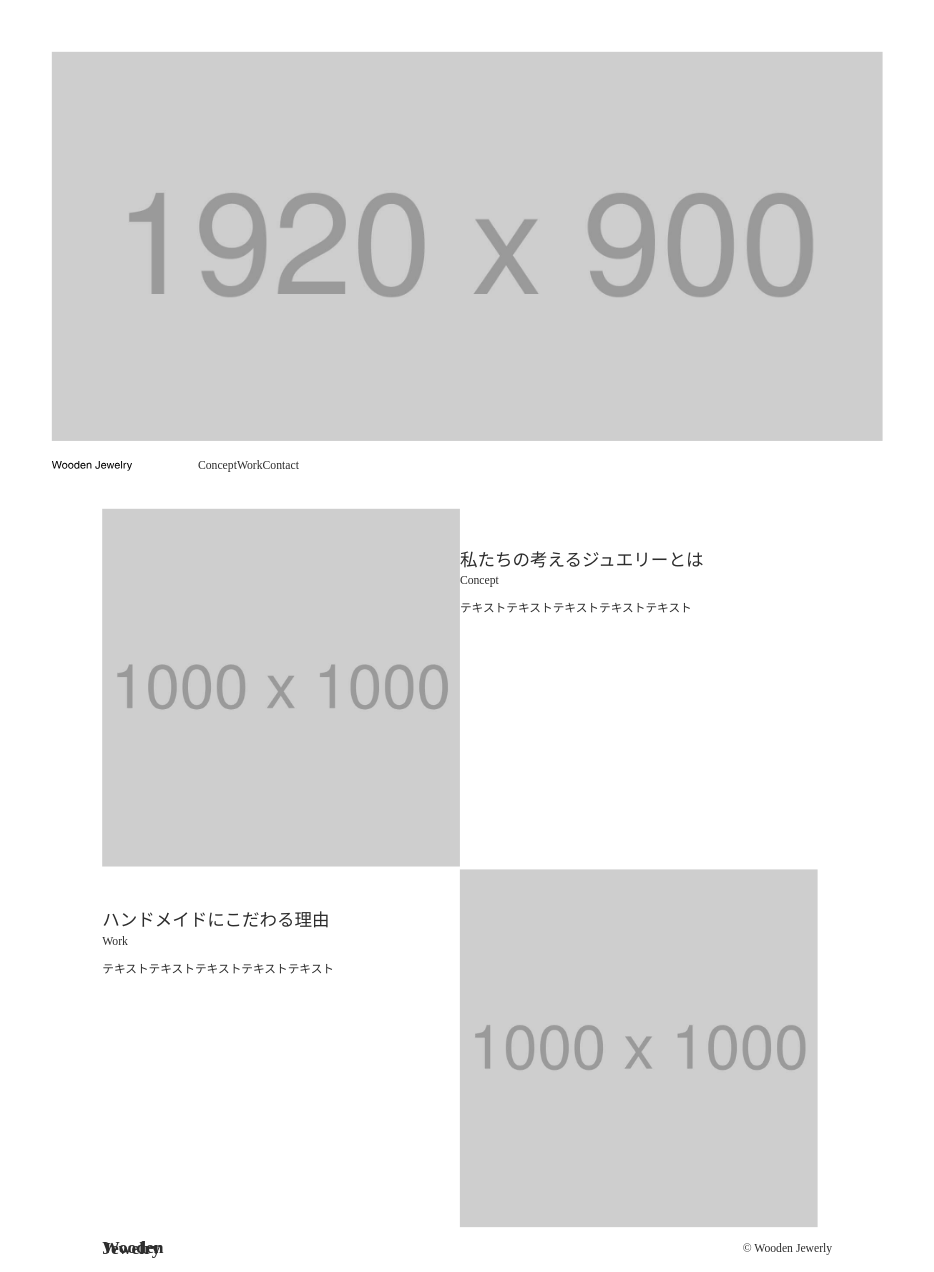
Repository: Fuki-san/jewelry
Page: http://localhost/jewelry
These files come from the project's save history. The page is drawn as it stood at one moment and after the next save; the edit follows.
The browser window is 1280 px wide. The pictures show the whole page, at 73% of full size.
The page is served by the project's Laravel application, run on PHP 8.4 with Laravel 10. Other server files are loaded and not shown.

Above is the page before, as saved 2023-11-26 14:52:55.

### routes/web.php
<?php

use Illuminate\Support\Facades\Route;

/*
|--------------------------------------------------------------------------
| Web Routes
|--------------------------------------------------------------------------
|
| Here is where you can register web routes for your application. These
| routes are loaded by the RouteServiceProvider and all of them will
| be assigned to the "web" middleware group. Make something great!
|
*/

Route::get('/', function () {
    return view('welcome');
});

Route::get('jewelry', function () {
    return view('jewelry');
});

### resources/views/jewelry.blade.php
@extends('layouts.main')

@section('title', 'jewelry')

@section('content')
    <div id="mainvisual">
        <img src="img/mainvisual.jpg">
    </div>
    <header id="header">
        <h1 class="site-title"><a href="#"><img src="img/logo.svg"></a></h1>
        <nav>
            <ul>
                <li><a href="#concept">Concept</a></li>
                <li><a href="#work">Work</a></li>
                <li><a href="mailto:xxx@xxx.xxx?subject=お問い合わせ">Contact</a></li>
            </ul>
        </nav>
    </header>

    <div class="container">
        <main>
            <section id="concept" class="content">
                <div class="img">
                    <img src="img/concept.jpg">
                </div>
                <div class="text">
                    <h2 class="section-title">私たちの考えるジュエリーとは</h2>
                    <span class="section-title-en">Concept</span>
                    <p>テキストテキストテキストテキストテキスト</p>
                </div>
            </section>

            <section id="work" class="content">
                <div class="text">
                    <h2 class="section-title">ハンドメイドにこだわる理由</h2>
                    <span class="section-title-en">Work</span>
                    <p>テキストテキストテキストテキストテキスト</p>
                </div>
                <div class="img">
                    <img src="img/work.jpg">
                </div>
            </section>
        </main>

        <footer id="footer">
            <h2 class="site-title">Wooden Jewelry</h2>
            <p class="copyright">&copy; Wooden Jewerly</p>
        </footer>
    </div>

@endsection

### resources/views/layouts/main.blade.php
<!DOCTYPE html>
<html lang="ja">
<head>
    <meta charset="UTF-8">
    <meta name="viewport" content="width=device-width, initial-scale=1.0">
    <meta http-equiv="X-UA-Compatible" content="ie=edge">
    <link rel="stylesheet" href="{{ asset('css/reset.css') }}">
    <link rel="stylesheet" href="{{ asset('css/style.css') }}">
    <link rel="icon" href="img/favicon.ico">
    <title>@yield('title')</title>
</head>
<body>
    @yield('content')
</body>
</html>

### public/css/style.css
@charset "utf-8";

html{
    font-size: 100%;
}
body{
    font-family: 'Crimson Text', serif;
    color: #2d2d2d;
}
ul{
    list-style: none;
}
a{
    text-decoration: none;
    color:#2d2d2d;
}

img{
    max-width: 100%;
    /* img親のdivのコンテンツラインと子のimgコンテンツラインの下端だけ少し隙間がある。
    その理由は、画像の横にテキストが入力された場合にデフォルトで定まっているvertical-align baseline
    が適応され、英文字のbaseline的に多少の文字の一部が下に出てしまうからであり、今回は文字もかかず、
    子imgと親divの下端の隙間はいらないため、vertical-align bottomで隙間を除去する。
    baselineとbottomの差は微小なので分かりずらいが、例えばgのbaselineはgフォントの下のクルンって
    なっているところの途中で baselineがくるが、bottomならほんとに一番下のクルンのところでくる
    隙間があるかどうかは親divのbackgroundcolorを設定すると分かりやすい */
    vertical-align: buttom;
}

.container{
    margin: 0 auto;
    max-width: 1000px;
    padding: 0 18px;
}

.site-title{
    width: 110px;
    line-height: 1px;
    margin-right: 50px;
}
.site-title a{
    display: block;
}
.section-title{
    font-size: 1.5rem;
    font-weight: normal;
    margin-bottom: 4px;
}

.section-title-en{
    display: inline-block;
    スパンタグでも
    margin-bottom: 25px;
}










.content{
    display: flex;
}
.img{
    width: 49%;
}
.text{
    width: 49%;
}

#mainvisual{
    padding: 5% 5% 0 5%;
}

#header{
    display: flex;
    align-items: center;
    padding: 0 5%;
}
#header ul{
    display: flex;
}

.container{
    padding-top: 30px;
}
.text{
    padding: 30px 0;
}


#footer {
    display: flex;
    justify-content: space-between;
    align-items: center;
}

### public/img/logo.svg
<?xml version="1.0" encoding="utf-8"?>
<!-- Generator: Adobe Illustrator 15.1.0, SVG Export Plug-In . SVG Version: 6.00 Build 0)  -->
<!DOCTYPE svg PUBLIC "-//W3C//DTD SVG 1.1//EN" "http://www.w3.org/Graphics/SVG/1.1/DTD/svg11.dtd">
<svg version="1.1" id="レイヤー_1" xmlns="http://www.w3.org/2000/svg" xmlns:xlink="http://www.w3.org/1999/xlink" x="0px"
	 y="0px" width="1000px" height="140px" viewBox="0 0 1000 140" enable-background="new 0 0 1000 140" xml:space="preserve">
<g>
	<path d="M39.405,111.195H25.498L0,13.294h14.317l18.271,79.63h0.273l21.952-79.63h14.454l21.953,79.63h0.273l18.271-79.63h14.59
		l-25.771,97.901H84.674l-22.362-81.13H62.04L39.405,111.195z"/>
	<path d="M160.348,37.837c22.771,0,33.133,19.226,33.133,37.634c0,18.407-10.362,37.633-33.133,37.633
		c-22.771,0-33.134-19.226-33.134-37.633C127.214,57.063,137.577,37.837,160.348,37.837z M160.348,102.741
		c17.18,0,20.726-17.726,20.726-27.27c0-9.545-3.545-27.271-20.726-27.271c-17.181,0-20.725,17.726-20.725,27.271
		C139.623,85.015,143.167,102.741,160.348,102.741z"/>
	<path d="M236.16,37.837c22.771,0,33.133,19.226,33.133,37.634c0,18.407-10.362,37.633-33.133,37.633
		c-22.771,0-33.134-19.226-33.134-37.633C203.026,57.063,213.389,37.837,236.16,37.837z M236.16,102.741
		c17.18,0,20.726-17.726,20.726-27.27c0-9.545-3.545-27.271-20.726-27.271c-17.181,0-20.725,17.726-20.725,27.271
		C215.435,85.015,218.979,102.741,236.16,102.741z"/>
	<path d="M342.105,111.195h-11.318v-9.817h-0.272c-5.182,9.681-13.362,11.863-20.316,11.863c-24.271,0-31.361-22.771-31.361-39.815
		c0-20.044,10.772-35.588,29.724-35.588c12.954,0,18.408,8.045,21.271,12.136l0.273-0.955V13.294h12V111.195z M310.471,102.877
		c7.637,0,19.499-5.044,19.499-23.998c0-11.59-1.909-30.271-19.226-30.271c-18.544,0-19.499,17.59-19.499,26.725
		C291.245,91.015,297.381,102.877,310.471,102.877z"/>
	<path d="M419.28,88.833c-0.408,3.409-3.681,13.499-12.681,19.499c-3.272,2.181-7.908,4.909-19.362,4.909
		c-20.043,0-31.907-15.135-31.907-35.725c0-22.089,10.636-39.679,34.225-39.679c20.589,0,30.679,16.363,30.679,41.588h-52.086
		c0,14.862,6.954,23.452,20.726,23.452c11.317,0,17.998-8.727,18.408-14.044H419.28z M407.827,69.88
		c-0.682-11.044-5.317-21.271-19.907-21.271c-11.045,0-19.771,10.227-19.771,21.271H407.827z"/>
	<path d="M492.638,111.195h-11.999V67.29c0-12.408-3.545-18.681-15.271-18.681c-6.817,0-18.817,4.363-18.817,23.726v38.86h-11.998
		V39.882h11.317v10.09h0.273c2.59-3.818,9.271-12.136,21.543-12.136c11.044,0,24.952,4.5,24.952,24.816V111.195z"/>
	<path d="M554.132,79.697v6.818c0,11.726,5.591,15.953,14.727,15.953c12.271,0,15.68-7.363,15.68-16.908V13.294h13.227v71.449
		c0,22.907-14.999,29.043-28.225,29.043c-22.771,0-27.815-15.272-27.815-24.407v-9.681H554.132z"/>
	<path d="M676.985,88.833c-0.409,3.409-3.682,13.499-12.681,19.499c-3.272,2.181-7.908,4.909-19.362,4.909
		c-20.044,0-31.906-15.135-31.906-35.725c0-22.089,10.636-39.679,34.225-39.679c20.589,0,30.679,16.363,30.679,41.588h-52.086
		c0,14.862,6.954,23.452,20.726,23.452c11.317,0,17.998-8.727,18.407-14.044H676.985z M665.531,69.88
		c-0.681-11.044-5.316-21.271-19.906-21.271c-11.045,0-19.771,10.227-19.771,21.271H665.531z"/>
	<path d="M715.574,111.195h-12.407l-20.59-71.313h13.091l13.634,56.041h0.273l13.771-56.041h13.362l13.908,56.041h0.273
		l14.453-56.041h11.998l-20.725,71.313h-12.409l-14.453-55.223h-0.272L715.574,111.195z"/>
	<path d="M847.153,88.833c-0.409,3.409-3.682,13.499-12.681,19.499c-3.272,2.181-7.908,4.909-19.362,4.909
		c-20.044,0-31.906-15.135-31.906-35.725c0-22.089,10.635-39.679,34.225-39.679c20.589,0,30.679,16.363,30.679,41.588h-52.086
		c0,14.862,6.954,23.452,20.726,23.452c11.317,0,17.998-8.727,18.407-14.044H847.153z M835.699,69.88
		c-0.682-11.044-5.316-21.271-19.906-21.271c-11.045,0-19.771,10.227-19.771,21.271H835.699z"/>
	<path d="M874.695,111.195h-11.998V13.294h11.998V111.195z"/>
	<path d="M906.327,111.195h-11.999V39.882h11.318v11.863h0.271c4.772-8.318,11.045-13.909,20.045-13.909
		c1.499,0,2.181,0.137,3.135,0.409v12.408h-4.499c-11.182,0-18.271,8.727-18.271,19.09V111.195z"/>
	<path d="M986.774,39.882H1000c-8.317,23.316-16.499,46.633-25.634,69.949c-11.317,28.907-12.544,30.543-27.953,30.543
		c-1.772,0-3.135-0.545-5.044-1.091v-10.908c1.499,0.545,3.954,1.227,7.227,1.227c6.272,0,6.954-1.772,12.681-16.499l-26.453-73.221
		h13.636l18.953,58.086h0.273L986.774,39.882z"/>
</g>
</svg>

After the next save:
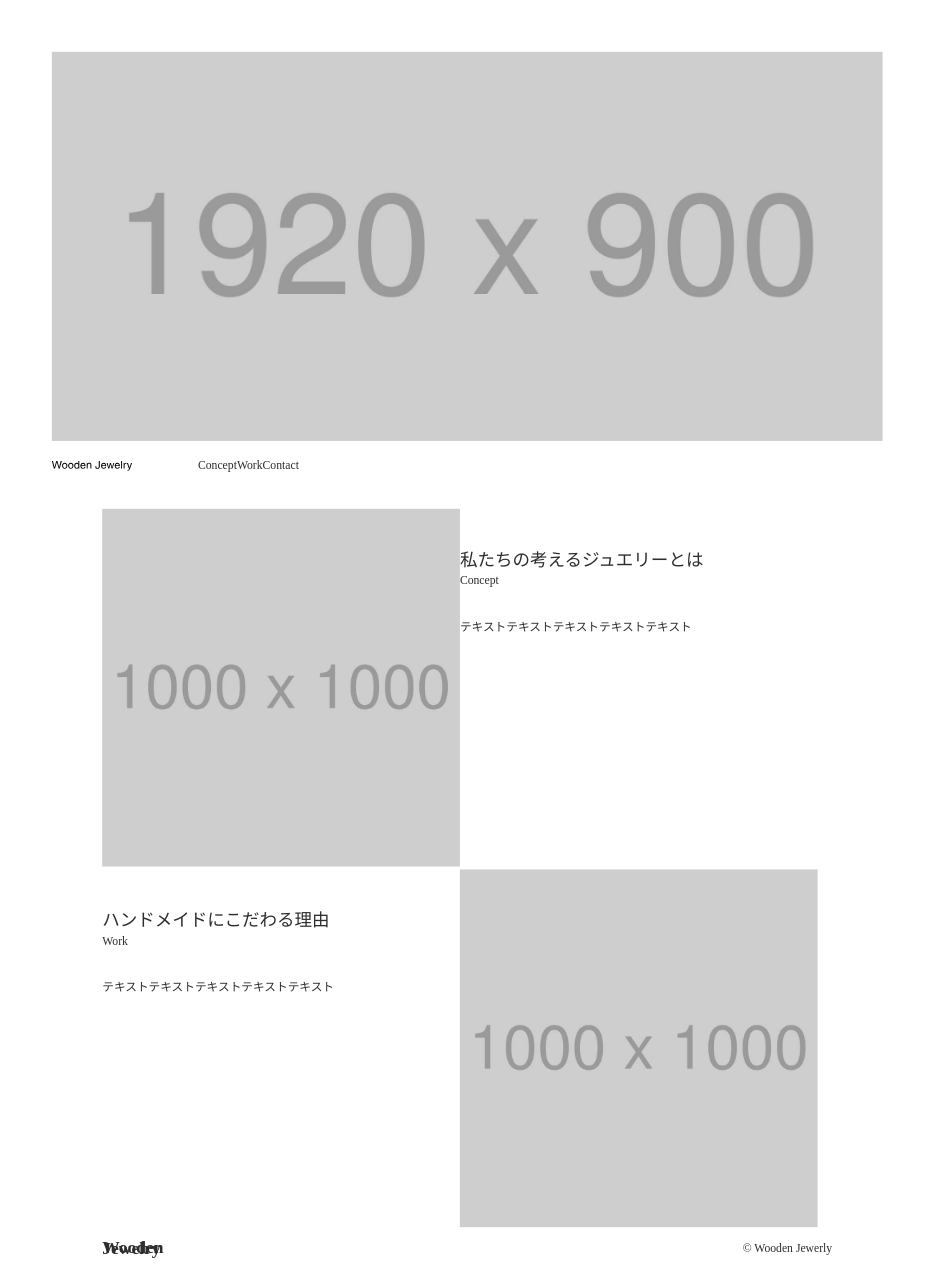
Saved 8 s later.
--- a/public/css/style.css
+++ b/public/css/style.css
@@ -49,7 +49,7 @@ img{
 
 .section-title-en{
     display: inline-block;
-    スパンタグでも
+    /* スパンタグでもmarginbottom使えるようにするため */
     margin-bottom: 25px;
 }
 
